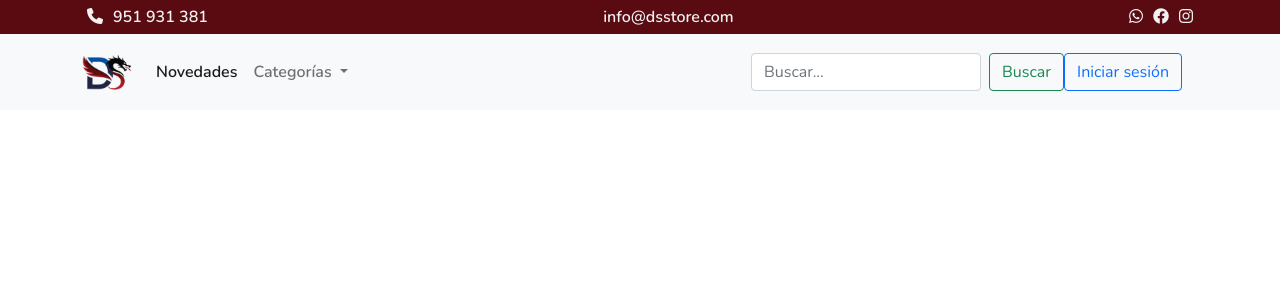
Repository: leasever/store-ts
Page: index.html
These files come from the project's save history. The page is drawn as it stood at one moment and after the next save; the edit follows.
The browser window is 1280 px wide. The pictures show the whole page.
Some web libraries are served in a nearby version. The style sheet was rebuilt from its Sass, Less or Tailwind sources for each picture, by a compiler version that may differ from the author's.

Above is the page before, as saved 2022-09-12 17:46:54.

After the next save:
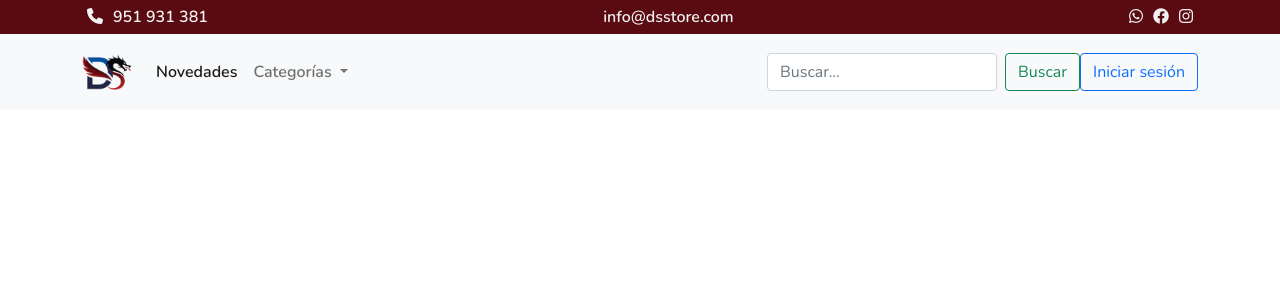
Saved 27 s later.
--- a/index.html
+++ b/index.html
@@ -81,7 +81,7 @@
                   </form>
 
                </div>
-               <div class="navbar-brand " id="loginModalButtonContainer">
+               <div class=" " id="loginModalButtonContainer">
                   <a href="#loginModal" class="btn btn-outline-primary " data-bs-toggle="modal">Iniciar sesión</a>
                </div>
             </nav>
